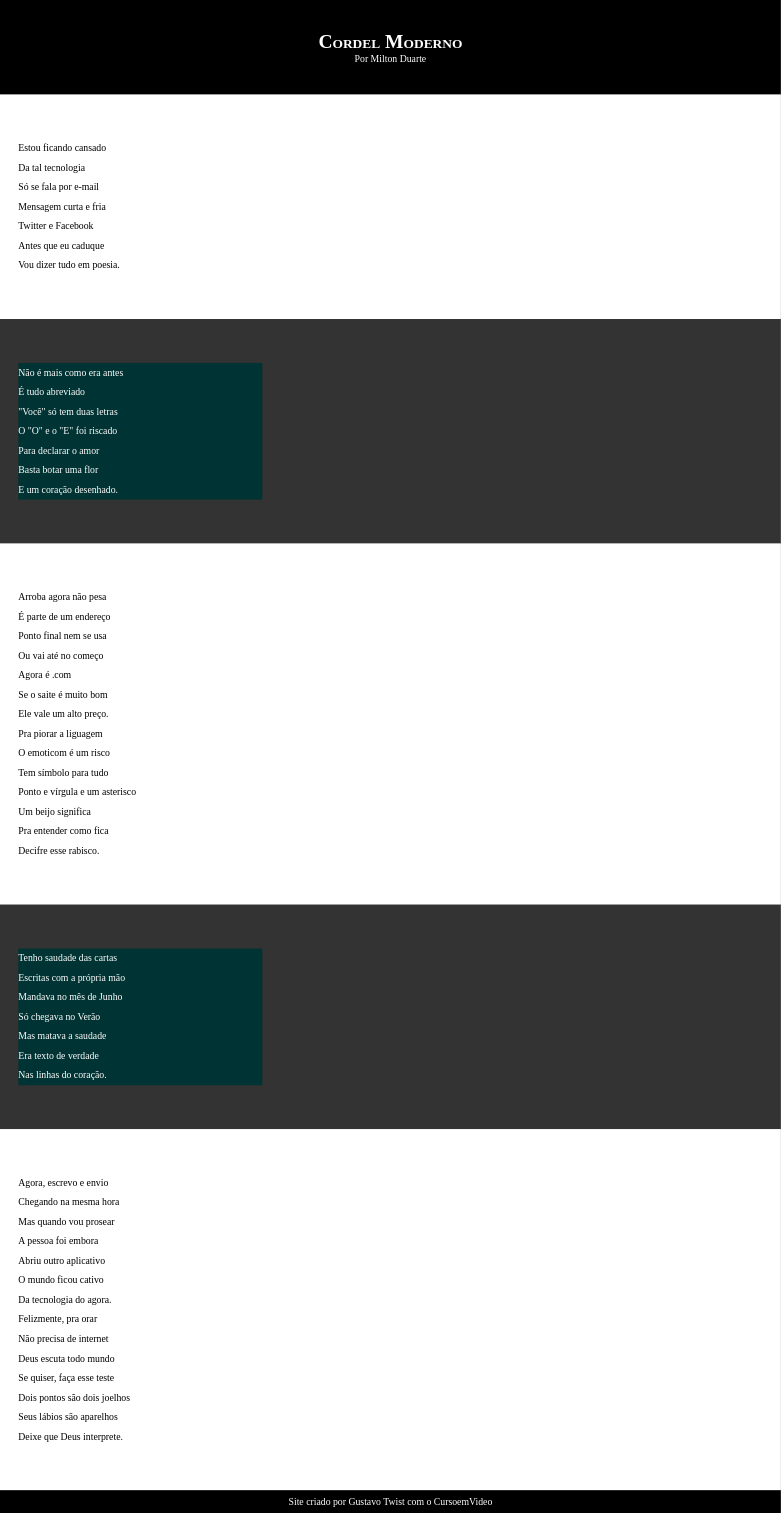
Repository: gustavotwist/projeto-cordel
Page: index.html
These files come from the project's save history. The page is drawn as it stood at one moment and after a run of saves; the edit follows.
The browser window is 1280 px wide. The pictures show the whole page, at 61% of full size.

Above is the page before, as saved 2024-04-19 17:25:16.

### index.html
<!DOCTYPE html>
<html lang="pt-br">
<head>
    <meta charset="UTF-8">
    <meta name="viewport" content="width=device-width, initial-scale=1.0">
    <title>Cordel Moderno</title>
    <link rel="stylesheet" href="estilo/style.css">
</head>
<body>
    <header>
        <h1>
            Cordel Moderno
        </h1>
        <p>
            Por <a href="https://www.recantodasletras.com.br/poesias/3186743" target="_blank">Milton Duarte</a>
        </p>
    </header>

    <section class="normal">
        <p>
            Estou ficando cansado <br>
            Da tal tecnologia <br>
            Só se fala por e-mail <br>
            Mensagem curta e fria <br>
            Twitter e Facebook <br>
            Antes que eu caduque <br>
            Vou dizer tudo em poesia.
        </p>
    </section>

    <section class="imagem">
        <p>
            Não é mais como era antes <br>
            É tudo abreviado <br>
            "Você" só tem duas letras <br>
            O "O" e o "E" foi riscado <br>
            Para declarar o amor <br>
            Basta botar uma flor <br>
            E um coração desenhado.
        </p>
    </section>

    <section class="normal">
        <p>
            Arroba agora não pesa <br>
            É parte de um endereço <br>
            Ponto final nem se usa <br>
            Ou vai até no começo <br>
            Agora é .com <br>
            Se o saite é muito bom <br>
            Ele vale um alto preço. <br>
        </p>

        <p>
            Pra piorar a liguagem <br>
            O emoticom é um risco <br>
            Tem símbolo para tudo <br>
            Ponto e vírgula e um asterisco <br>
            Um beijo significa <br>
            Pra entender como fica <br>
            Decifre esse rabisco.
        </p>
    </section>

    <section class="imagem">
        <p>
            Tenho saudade das cartas <br>
            Escritas com a própria mão <br>
            Mandava no mês de Junho <br>
            Só chegava no Verão <br>
            Mas matava a saudade <br>
            Era texto de verdade <br>
            Nas linhas do coração.
        </p>
    </section>

    <section class="normal">
        <p>
            Agora, escrevo e envio <br>
            Chegando na mesma hora <br>
            Mas quando vou prosear <br>
            A pessoa foi embora <br>
            Abriu outro aplicativo <br>
            O mundo ficou cativo <br>
            Da tecnologia do agora.
        </p>


        <p>
            Felizmente, pra orar <br>
            Não precisa de internet <br>
            Deus escuta todo mundo <br>
            Se quiser, faça esse teste <br>
            Dois pontos são dois joelhos <br>
            Seus lábios são aparelhos <br>
            Deixe que Deus interprete.
        </p>
    </section>

    <footer>
        <p>Site criado por <a href="https://github.com/gustavotwist" target="_blank">Gustavo Twist</a> com o <a href="https://www.cursoemvideo.com" target="_blank">CursoemVideo</a></p>
    </footer>
</body>
</html>

### estilo/style.css
@charset "UTF-8";

* {
    margin: 0px;
    padding: 0px;
}

html, body {
    min-height: 100vh;
    background-color: darkgray;
}

header {
    background-color: black;
    color: white;
    text-align: center;
}

header > h1 {
    padding-top: 50px;
    font-variant: small-caps;
}

header > p {
    padding-bottom: 50px;
}

header a, footer a {
    color: white;
    text-decoration: none;
}

header a:hover, footer a:hover {
    text-decoration: underline;
}

section {
    padding-top: 10vh;
    padding-bottom: 10vh;
    line-height: 2em;
    padding-left: 30px;
}

section.normal {
    background-color: white;
    color: black;
}

section.imagem {
    background-color: rgb(51, 51, 51);
    color: white;
}

section.imagem > p {
    width: 400px;
    background-color: rgb(0, 51, 51);

}

footer {
    background-color: black;
    color: white;
    text-align: center;
    padding: 10px;
}

After the next 2 saves:
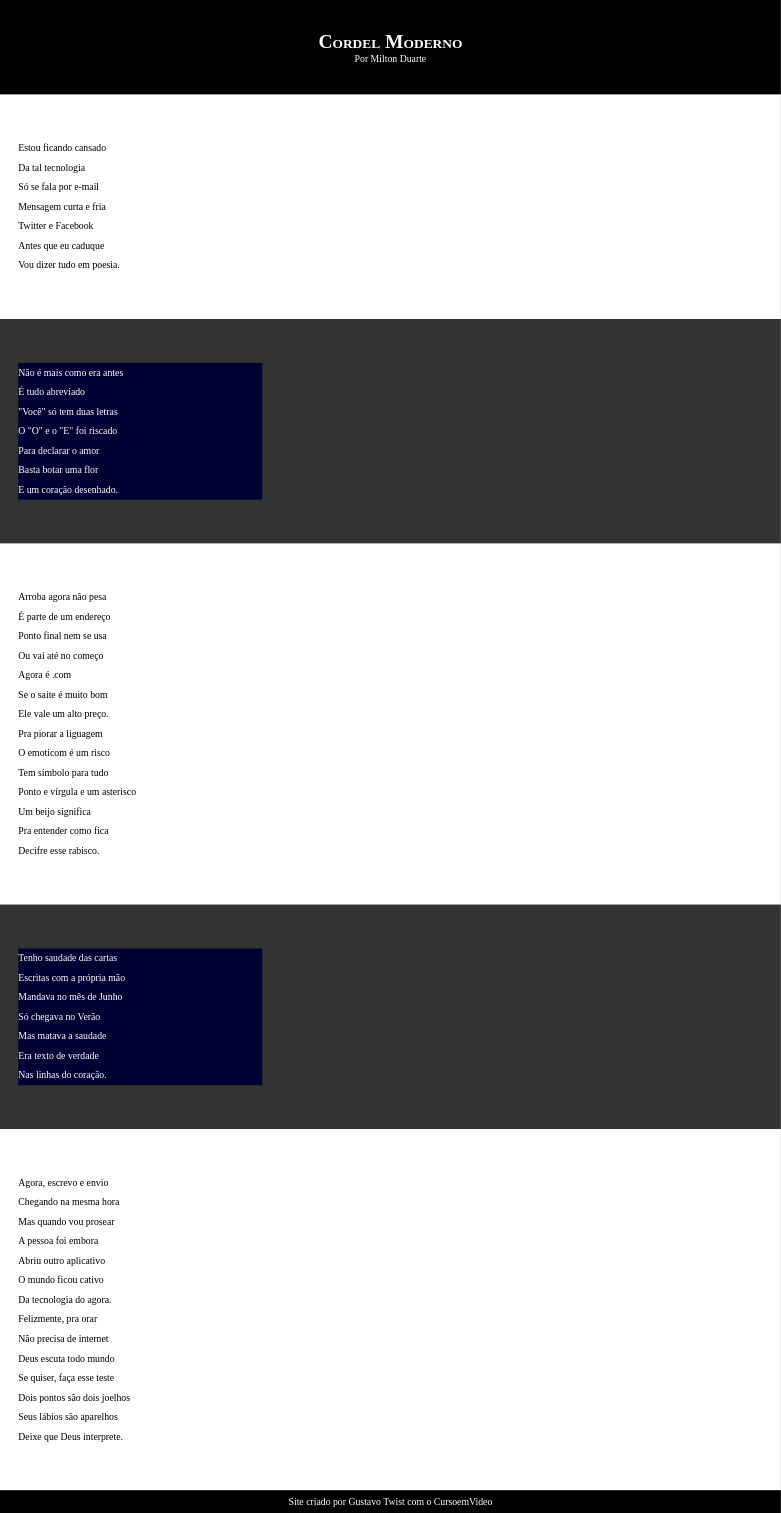
The 2 saves are shown as one change because they came seconds apart.
The last was saved 7 s later.
--- a/estilo/style.css
+++ b/estilo/style.css
@@ -53,7 +53,7 @@ section.imagem {
 
 section.imagem > p {
     width: 400px;
-    background-color: rgb(0, 51, 51);
+    background-color: rgb(0, 0, 51);
 
 }
 
